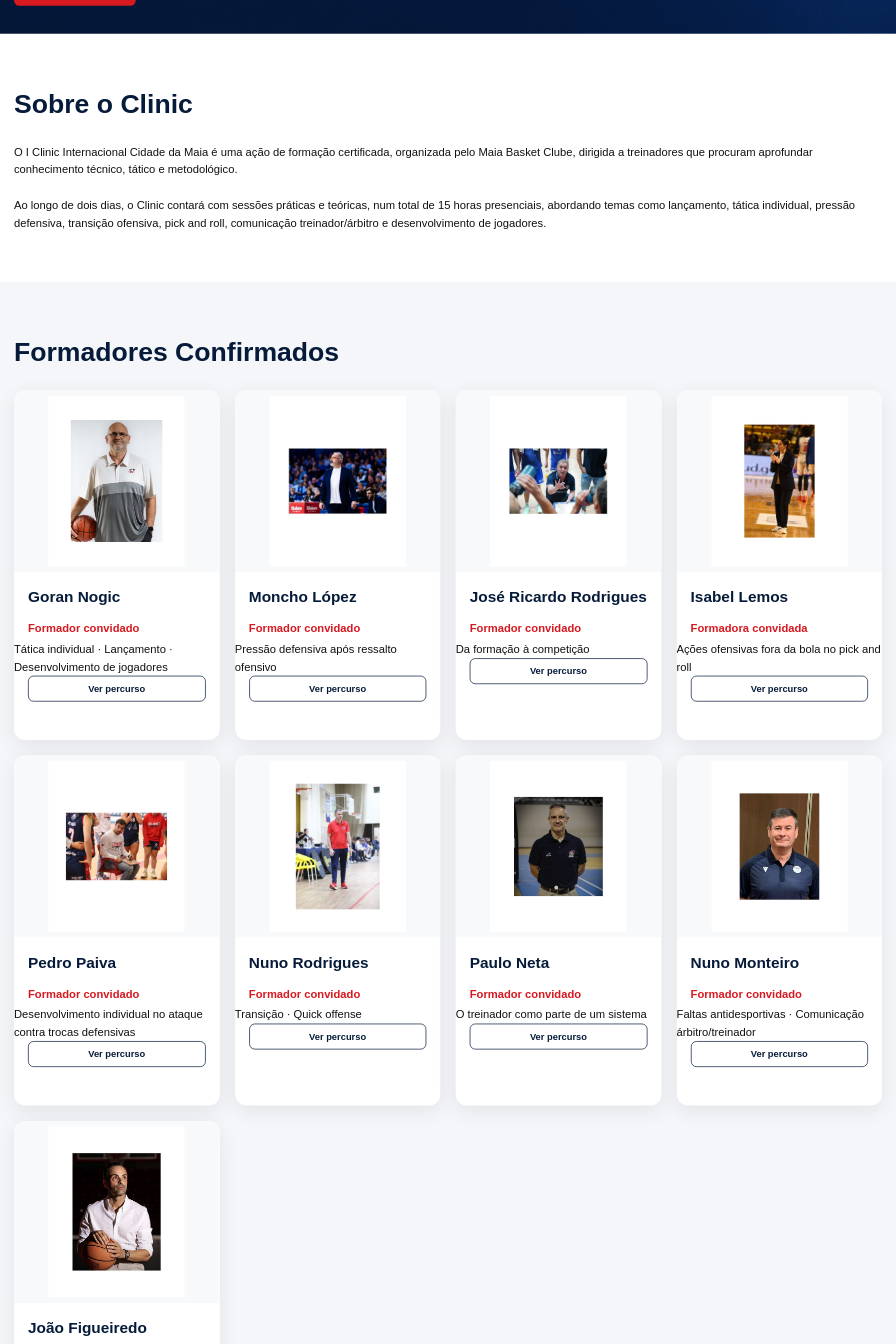
Repository: Vasco18Ferreira/clinic-internacional-maia
Page: index.html
An editor plug-in stored every save of this project. The page is shown before and after the next save, followed by the edit.
The browser window is 1280 px wide. The pictures show the part of the page from y = 866 to 2786 px (the page is 5991 px tall), at 70% of full size.

Above is the page before, as saved 2026-07-21 00:54:34.

### index.html
<!DOCTYPE html>
<html lang="pt">
<head>
  <meta charset="UTF-8" />
  <meta name="viewport" content="width=device-width, initial-scale=1.0" />
  <title>I Clinic Internacional Cidade da Maia</title>

<style>
  :root {
    --blue: #061b3a;
    --red: #d71920;
    --white: #ffffff;
    --light: #f4f6f9;
    --dark: #111111;
  }

  * {
    box-sizing: border-box;
    margin: 0;
    padding: 0;
  }

  body {
    font-family: Arial, sans-serif;
    color: var(--dark);
    background: var(--light);
    line-height: 1.6;
  }

header {
  min-height: 90vh;
  background:
    linear-gradient(rgba(6,27,58,.45), rgba(6,27,58,.72)),
    url("clinic-bg.jpg");

  background-size: cover;
  background-position: center center;
  background-repeat: no-repeat;

  color: var(--white);
  display: flex;
  align-items: center;
  padding: 40px 20px;
}

  .hero {
    max-width: 780px;
  }

  .tag {
    display: inline-block;
    background: var(--red);
    padding: 8px 14px;
    border-radius: 999px;
    font-size: 14px;
    font-weight: bold;
    margin-bottom: 20px;
  }

  h1 {
    font-size: clamp(42px, 8vw, 86px);
    line-height: 0.95;
    margin-bottom: 20px;
    text-transform: uppercase;
  }

  .subtitle {
    font-size: 22px;
    margin-bottom: 25px;
    max-width: 650px;
  }

  .info {
    display: grid;
    grid-template-columns: repeat(auto-fit, minmax(180px, 1fr));
    gap: 12px;
    margin: 30px 0;
  }

  .info div {
    background: rgba(255,255,255,0.12);
    padding: 14px;
    border-radius: 12px;
    backdrop-filter: blur(4px);
  }

  .btn {
    display: inline-block;
    background: var(--red);
    color: var(--white);
    padding: 15px 26px;
    text-decoration: none;
    font-weight: bold;
    border-radius: 8px;
    margin-top: 10px;
  }

  section {
    padding: 70px 20px;
  }

  section.white {
    background: var(--white);
  }

  h2 {
    font-size: 38px;
    color: var(--blue);
    margin-bottom: 25px;
  }

  .grid {
    display: grid;
    grid-template-columns: repeat(auto-fit, minmax(260px, 1fr));
    gap: 22px;
  }

  .card {
    background: var(--white);
    padding: 26px;
    border-radius: 16px;
    box-shadow: 0 8px 30px rgba(0,0,0,0.08);
  }

  .white .card {
    background: var(--light);
  }

  .card h3 {
    color: var(--blue);
    margin-bottom: 10px;
  }

  .price {
    font-size: 30px;
    color: var(--red);
    font-weight: bold;
    margin-top: 10px;
  }

  .programa {
    border-left: 5px solid var(--red);
    padding-left: 20px;
    margin-bottom: 24px;
  }

  .programa p {
    margin: 8px 0;
  }

  .mapa {
    background: var(--blue);
    color: var(--white);
    border-radius: 18px;
    padding: 30px;
  }

  .mapa h3 {
    color: var(--white);
    margin-bottom: 15px;
  }
/* ORGANIZAÇÃO E PARCEIROS */

.partners{
  background:#ffffff;
  padding:90px 20px;
  text-align:center;
}

.partners h2{
  color:var(--blue);
  margin-bottom:18px;
}

.partner-title{
  text-transform:uppercase;
  font-size:14px;
  letter-spacing:3px;
  color:#777;
  margin-bottom:25px;
}

.organizer-logo{
  margin-bottom:55px;
}

.organizer-logo img{
  max-width:190px;
  width:100%;
  height:auto;
}

.partner-divider{
  width:140px;
  height:2px;
  background:var(--red);
  margin:0 auto 45px;
}

.partners-grid{
  display:flex;
  justify-content:center;
  align-items:center;
  gap:45px;
  flex-wrap:wrap;
}

.partner-logo{
  width:170px;
  height:90px;
  display:flex;
  align-items:center;
  justify-content:center;
}

.partner-logo img{
  max-width:180px;
  max-height:90px;
  object-fit:contain;
  transition:.25s;
}

.partner-logo img:hover{
  transform:scale(1.06);
}
  footer {
    background: var(--blue);
    color: var(--white);
    text-align: center;
    padding: 35px 20px;
  }

  .small {
    font-size: 14px;
    opacity: 0.85;
  }
  .countdown-premium {
  margin: 28px 0 22px;
  padding: 18px;
  border-radius: 18px;
  background: rgba(255,255,255,0.10);
  border: 1px solid rgba(255,255,255,0.18);
  backdrop-filter: blur(6px);
}

.countdown-premium p {
  text-transform: uppercase;
  letter-spacing: 3px;
  font-size: 13px;
  font-weight: bold;
  margin-bottom: 12px;
  opacity: 0.85;
}

.countdown-boxes {
  display: grid;
  grid-template-columns: repeat(4, 1fr);
  gap: 10px;
}

.countdown-boxes div {
  background: rgba(255,255,255,0.12);
  border-radius: 14px;
  padding: 12px 8px;
  text-align: center;
}

.countdown-boxes strong {
  display: block;
  font-size: 32px;
  line-height: 1;
  color: var(--white);
}

.countdown-boxes span {
  font-size: 12px;
  opacity: 0.85;
}

@media (max-width: 600px) {
  .countdown-boxes {
    grid-template-columns: repeat(2, 1fr);
  }
}

  /* FORMADORES - MOSAICO */
.speaker-card {
  padding: 0;
  overflow: hidden;
  display: flex;
  flex-direction: column;
  height: 100%;
  min-height: 500px;
}

.speaker-card img {
  width: 100%;
  height: 260px;
  object-fit: contain;
  object-position: center;
  display: block;
  background: #f8f9fb;
  padding: 8px;
}

.speaker-card h3 {
  padding: 18px 20px 0;
  font-size: 22px;
}

.speaker-card > p {
  padding: 4px 20px;
  font-weight: bold;
  color: var(--red);
}

.speaker-bio {
  display: none;
  padding: 0 20px 22px;
  font-size: 15px;
  line-height: 1.75;
  color: #444;
}

.speaker-bio.open {
  display: block;
}

.speaker-bio p {
  margin: 16px 0 0;
  padding: 0;
  font-weight: normal;
  color: #444;
}

.bio-button {
  margin: 0 20px 22px;
  padding: 10px 14px;
  border: 1px solid var(--blue);
  border-radius: 8px;
  background: transparent;
  color: var(--blue);
  font-weight: bold;
  cursor: pointer;
  transition: 0.2s;
}

.bio-button:hover {
  background: var(--blue);
  color: var(--white);
}

.speaker-bio{
    display:none;
    padding:0 20px 22px;
    font-size:15px;
    line-height:1.75;
    color:#444;
}

.speaker-bio.open{
    display:block;
}

.speaker-bio p{
    margin:16px 0 0;
}

@media (max-width: 900px) {
  .speakers {
    grid-template-columns: 1fr 1fr;
  }
}

@media (max-width: 600px) {
  .speakers {
    grid-template-columns: 1fr;
  }

  h1 {
    font-size: 46px;
  }

  .subtitle {
    font-size: 18px;
  }
}
</style>
</head>

<body>

<header>
  <div class="container hero">
    <span class="tag">Créditos IPDJ 3.0 · Valor máximo</span>

    <h1>I Clinic Internacional<br>Cidade da Maia</h1>

    <p class="subtitle">
      Dois dias de formação avançada para treinadores, com sessões práticas e teóricas orientadas por formadores nacionais e internacionais.
    </p>

    <div class="info">
      <div><strong>📅 29 e 30 Agosto</strong><br>2026</div>
      <div><strong>📍 Local</strong><br>Pavilhão Municipal da Nortecoop</div>
      <div><strong>⏱️ Carga Horária</strong><br>15 horas presenciais</div>
      <div><strong>🎓 Créditos</strong><br>IPDJ 3.0</div>
    </div>

    <div class="countdown-premium">
  <p>Faltam</p>

  <div class="countdown-boxes">
    <div>
      <strong id="days">00</strong>
      <span>Dias</span>
    </div>

    <div>
      <strong id="hours">00</strong>
      <span>Horas</span>
    </div>

    <div>
      <strong id="minutes">00</strong>
      <span>Min</span>
    </div>

    <div>
      <strong id="seconds">00</strong>
      <span>Seg</span>
    </div>
  </div>
</div>

    <a class="btn" href="https://forms.gle/Ad7RbMQL5vM1H9MT7" target="_blank">
      Inscreve-te aqui
    </a>
  </div>
</header>

<section class="white">
  <div class="container">
    <h2>Sobre o Clinic</h2>

    <p>
      O I Clinic Internacional Cidade da Maia é uma ação de formação certificada, organizada pelo Maia Basket Clube, dirigida a treinadores que procuram aprofundar conhecimento técnico, tático e metodológico.
    </p>

    <br>

    <p>
      Ao longo de dois dias, o Clinic contará com sessões práticas e teóricas, num total de 15 horas presenciais, abordando temas como lançamento, tática individual, pressão defensiva, transição ofensiva, pick and roll, comunicação treinador/árbitro e desenvolvimento de jogadores.
    </p>
  </div>
</section>

<section>
  <div class="container">
    <h2>Formadores Confirmados</h2>

    <div class="grid speakers">

      <div class="card speaker-card">
        <img src="assets/goran.jpg" alt="Goran Nogic">
        <h3>Goran Nogic</h3>
        <p>Formador convidado</p>
        <span>Tática individual · Lançamento · Desenvolvimento de jogadores</span>

        <button class="bio-button" type="button" onclick="toggleBio(this)">
          Ver percurso
        </button>

        <div class="speaker-bio">
          <p>
            Treinador sérvio com mais de três décadas de experiência no desenvolvimento
            de jogadores e equipas. Iniciou a carreira na Sérvia e conquistou o
            campeonato nacional de juniores ao serviço do Partizan, onde trabalhou com
            atletas que chegaram ao mais alto nível internacional.
          </p>

          <p>
            Em Portugal, passou por clubes como Estoril Praia, Imortal, Barreirense e
            SL Benfica, assumindo também funções de coordenação da formação. Especialista
            no aperfeiçoamento técnico individual, traz ao Clinic uma abordagem prática
            sobre lançamento, tomada de decisão e construção de jogadores.
          </p>
        </div>
      </div>

      <div class="card speaker-card">
        <img src="assets/moncho.jpg" alt="Moncho López">
        <h3>Moncho López</h3>
        <p>Formador convidado</p>
        <span>Pressão defensiva após ressalto ofensivo</span>

        <button class="bio-button" type="button" onclick="toggleBio(this)">
          Ver percurso
        </button>

        <div class="speaker-bio">
          <p>
            Treinador espanhol com um percurso de referência no basquetebol europeu.
            Foi selecionador nacional de Espanha, conduzindo a seleção à medalha de
            prata no Campeonato da Europa de 2003, e posteriormente selecionador
            nacional sénior masculino de Portugal.
          </p>

          <p>
            Em Portugal, orientou o FC Porto, conquistando a Liga Portuguesa, Taças de
            Portugal, Taças Hugo dos Santos e a Supertaça. Com experiência na ACB,
            em seleções nacionais e no desenvolvimento de jovens jogadores, apresenta
            uma visão de alto rendimento sobre intensidade, reação e organização
            defensiva.
          </p>
        </div>
      </div>

      <div class="card speaker-card">
        <img src="assets/jose-ricardo.jpg" alt="José Ricardo Rodrigues">
        <h3>José Ricardo Rodrigues</h3>
        <p>Formador convidado</p>
        <span>Da formação à competição</span>

        <button class="bio-button" type="button" onclick="toggleBio(this)">
          Ver percurso
        </button>

        <div class="speaker-bio">
          <p>
            Um dos treinadores mais experientes do basquetebol português, com um
            percurso que atravessa a formação, a Liga principal, a Proliga e as
            Seleções Nacionais. Orientou clubes como BC Barcelos e SL Benfica e foi
            selecionador nacional masculino de Sub-20.
          </p>

          <p>
            Reconhecido pela clareza dos seus princípios de jogo, pela preparação
            defensiva e pela capacidade de transformar conceitos de formação em
            rendimento competitivo. Atualmente treinador principal do CD Póvoa,
            abordará no Clinic a passagem decisiva entre formar um jogador e prepará-lo
            para competir.
          </p>
        </div>
      </div>

      <div class="card speaker-card">
        <img src="assets/isabel.jpg" alt="Isabel Lemos">
        <h3>Isabel Lemos</h3>
        <p>Formadora convidada</p>
        <span>Ações ofensivas fora da bola no pick and roll</span>

        <button class="bio-button" type="button" onclick="toggleBio(this)">
          Ver percurso
        </button>

        <div class="speaker-bio">
          <p>
            Treinadora e coordenadora técnica com uma carreira profundamente ligada
            à formação e ao desenvolvimento de jovens jogadores. Foi responsável por
            estruturas de formação em Portugal, integrou equipas técnicas de alto nível
            e acumulou experiência como Diretora Técnica Regional.
          </p>

          <p>
            Atualmente é Coordenadora Técnica do Ourense Baloncesto, em Espanha.
            A sua experiência na organização de programas de formação e na ligação
            entre desenvolvimento individual e jogo coletivo confere particular
            relevância à sessão dedicada às ações ofensivas fora da bola no
            pick and roll.
          </p>
        </div>
      </div>

      <div class="card speaker-card">
        <img src="assets/pedro.jpg" alt="Pedro Paiva">
        <h3>Pedro Paiva</h3>
        <p>Formador convidado</p>
        <span>Desenvolvimento individual no ataque contra trocas defensivas</span>

        <button class="bio-button" type="button" onclick="toggleBio(this)">
          Ver percurso
        </button>

        <div class="speaker-bio">
          <p>
            Treinador do Maia Basket Clube, com experiência no acompanhamento
            e desenvolvimento de equipas e atletas dos escalões de formação.
            O seu trabalho está ligado à evolução técnica e coletiva dos
            jovens jogadores.
          </p>
        </div>
      </div>

      <div class="card speaker-card">
        <img src="assets/nuno-rodrigues.jpg" alt="Nuno Rodrigues">
        <h3>Nuno Rodrigues</h3>
        <p>Formador convidado</p>
        <span>Transição · Quick offense</span>

        <button class="bio-button" type="button" onclick="toggleBio(this)">
          Ver percurso
        </button>

        <div class="speaker-bio">
          <p>
            Treinador com mais de duas décadas de experiência no basquetebol português.
            Construiu grande parte do seu percurso no Sport Lisboa e Benfica, onde
            trabalhou durante cerca de 14 épocas, orientando diversos escalões de
            formação, equipas femininas e masculinas, bem como a equipa da Proliga.
          </p>

          <p>
            Passou ainda pelo Clube Atlético de Queluz, Angrabasket e Sport Club
            Lusitânia, acumulando experiência na formação e no alto rendimento.
            Atualmente é treinador principal do Maia Basket Clube na Proliga, sendo
            reconhecido pela organização ofensiva, velocidade de decisão e
            desenvolvimento de jogadores.
          </p>
        </div>
      </div>

      <div class="card speaker-card">
        <img src="assets/paulo-neta.jpg" alt="Paulo Neta">
        <h3>Paulo Neta</h3>
        <p>Formador convidado</p>
        <span>O treinador como parte de um sistema</span>

        <button class="bio-button" type="button" onclick="toggleBio(this)">
          Ver percurso
        </button>

        <div class="speaker-bio">
          <p>
            Diretor Técnico Nacional da Federação Portuguesa de Basquetebol,
            com experiência anterior como Diretor Técnico Regional da
            Associação de Basquetebol do Porto. Desenvolve também atividade
            na área do ensino e da formação de treinadores.
          </p>
        </div>
      </div>

      <div class="card speaker-card">
        <img src="assets/nuno-monteiro.jpg" alt="Nuno Monteiro">
        <h3>Nuno Monteiro</h3>
        <p>Formador convidado</p>
        <span>Faltas antidesportivas · Comunicação árbitro/treinador</span>

        <button class="bio-button" type="button" onclick="toggleBio(this)">
          Ver percurso
        </button>

        <div class="speaker-bio">
          <p>
            Árbitro, comissário e observador ligado à Associação de
            Basquetebol do Porto, com experiência na arbitragem e no
            acompanhamento técnico de juízes. Desenvolve também trabalho
            na formação e valorização da arbitragem.
          </p>
        </div>
      </div>

      <div class="card speaker-card">
        <img src="assets/joao-figueiredo.jpg" alt="João Figueiredo">
        <h3>João Figueiredo</h3>
        <p>Formador convidado</p>
        <span>Pick and roll · Soluções ofensivas e defesa agressiva</span>

        <button class="bio-button" type="button" onclick="toggleBio(this)">
          Ver percurso
        </button>

        <div class="speaker-bio">
          <p>
            Treinador de Grau III e antigo jogador profissional, com mais de duas
            décadas de experiência dentro do jogo. Depois de representar vários clubes
            como atleta, iniciou um percurso como treinador que o levou da formação
            e do Illiabum à liderança da UD Oliveirense na Liga Betclic.
          </p>

          <p>
            Na Oliveirense, foi eleito Treinador do Ano da Liga Betclic em 2023/24
            e conquistou a Taça Hugo dos Santos em 2024/25. É também treinador de
            Seleções Nacionais jovens e assume agora o comando do SC Braga. No Clinic,
            partilhará soluções ofensivas e defensivas de pick and roll aplicadas ao
            contexto competitivo de alto nível.
          </p>
        </div>
      </div>

    </div>
  </div>
</section>

<section>
  <div class="container">
    <h2>Inscrição</h2>

    <div class="grid">
      <div class="card">
        <h3>Inscrição Geral</h3>
        <p>Acesso aos dois dias do Clinic.</p>
        <div class="price">40€</div>
      </div>

      <div class="card">
        <h3>Certificação</h3>
        <p>Ação creditada com 3.0 créditos IPDJ.</p>
        <div class="price">3.0</div>
      </div>

      <div class="card">
        <h3>Vagas Previstas</h3>
        <p>Número estimado de candidatos.</p>
        <div class="price">200</div>
      </div>
    </div>

    <br>

    <a class="btn" href="https://forms.gle/EXb84ibEogxBvDj16" target="_blank">
      Inscreve-te aqui
    </a>
  </div>
</section>

<section class="white">
  <div class="container">
    <h2>Onde almoçar</h2>
    <p>
      Para apoiar os nossos parceiros locais e facilitar a logística dos participantes, teremos menus especiais em restaurantes próximos do pavilhão.
      A escolha do restaurante será feita no formulário de inscrição.
    </p>

    <br>

    <div class="grid">
      <div class="card">
        <h3>Restaurante 1</h3>
        <p><strong>Menu:</strong> a confirmar</p>
        <p><strong>Valor:</strong> a confirmar</p>
        <p><strong>Distância:</strong> perto do pavilhão</p>
        <p><strong>Lugares:</strong> limitados</p>
      </div>

      <div class="card">
        <h3>Restaurante 2</h3>
        <p><strong>Menu:</strong> a confirmar</p>
        <p><strong>Valor:</strong> a confirmar</p>
        <p><strong>Distância:</strong> perto do pavilhão</p>
        <p><strong>Lugares:</strong> limitados</p>
      </div>

      <div class="card">
        <h3>Restaurante 3</h3>
        <p><strong>Menu:</strong> a confirmar</p>
        <p><strong>Valor:</strong> a confirmar</p>
        <p><strong>Distância:</strong> perto do pavilhão</p>
        <p><strong>Lugares:</strong> limitados</p>
      </div>
    </div>
  </div>
</section>

<section>
  <div class="container">
    <h2>Localização</h2>

    <div class="mapa">
      <h3>📍 Pavilhão Municipal da Nortecoop</h3>
      <p>
        O evento decorrerá no Pavilhão Municipal da Nortecoop, com restaurantes parceiros localizados a curta distância a pé.
      </p>
      <br>
      <p>🅿️ Estacionamento nas proximidades</p>
      <p>🍽️ Restaurantes parceiros próximos</p>
      <p>🚶 Deslocações possíveis a pé</p>
    </div>
  </div>
</section>

<section class="white">
  <div class="container">
    <h2>Perguntas frequentes</h2>

    <div class="grid">
      <div class="card">
        <h3>O Clinic dá créditos IPDJ?</h3>
        <p>Sim. O Clinic tem aprovação para créditos IPDJ 3.0.</p>
      </div>

      <div class="card">
        <h3>O almoço está incluído?</h3>
        <p>Não. Os participantes poderão reservar menu nos restaurantes parceiros através do formulário.</p>
      </div>

      <div class="card">
        <h3>Como faço o pagamento?</h3>
        <p>As informações de pagamento serão enviadas após o preenchimento do formulário.</p>
      </div>
    </div>
  </div>
</section>

<section class="white">
  <div class="container">

    <div class="technical-coordination">
      <p class="coordination-label">Diretora de Curso</p>
      <h3>Daniela Gomes</h3>
      <p>Coordenadora Técnica MBC</p>
    </div>

  </div>
</section>

<section class="partners">

    <div class="container">

        <h2>Organização e Parceiros Institucionais</h2>

        <p class="partner-title">
            Organização
        </p>

        <div class="organizer-logo">
            <img src="assets/maia-basket.png" alt="Maia Basket Clube">
        </div>

        <div class="partner-divider"></div>

        <p class="partner-title">
            Com o apoio de
        </p>

        <div class="partners-grid">

            <div class="partner-logo">
                <img src="assets/antb.png" alt="ANTB">
            </div>

            <div class="partner-logo">
                <img src="assets/ipdj.png" alt="IPDJ">
            </div>

            <div class="partner-logo">
                <img src="assets/cmm.png" alt="Câmara Municipal da Maia">
            </div>

        </div>

    </div>

</section>

<footer>
  <h3>Maia Basket Clube</h3>
  <p>I Clinic Internacional Cidade da Maia — 29 e 30 de Agosto de 2026</p>
  <p class="small">Contactos: geral@maiabasketclube.pt | 913 926 046</p>
</footer>

<script>
  const eventDate = new Date("2026-08-29T09:00:00").getTime();

  function updateCountdown() {
    const now = new Date().getTime();
    const distance = eventDate - now;

    if (distance <= 0) return;

    document.getElementById("days").innerText =
      Math.floor(distance / (1000 * 60 * 60 * 24));

    document.getElementById("hours").innerText =
      Math.floor((distance / (1000 * 60 * 60)) % 24);

    document.getElementById("minutes").innerText =
      Math.floor((distance / (1000 * 60)) % 60);

    document.getElementById("seconds").innerText =
      Math.floor((distance / 1000) % 60);
  }

  updateCountdown();
  setInterval(updateCountdown, 1000);

  function toggleBio(button) {
    const bio = button.nextElementSibling;

    if (!bio || !bio.classList.contains("speaker-bio")) {
      console.error("Biografia não encontrada junto ao botão.");
      return;
    }

    const estaAberta = bio.classList.toggle("open");

    button.textContent = estaAberta
      ? "Ocultar percurso"
      : "Ver percurso";
  }
</script>
</body>
</html>

After the next save:
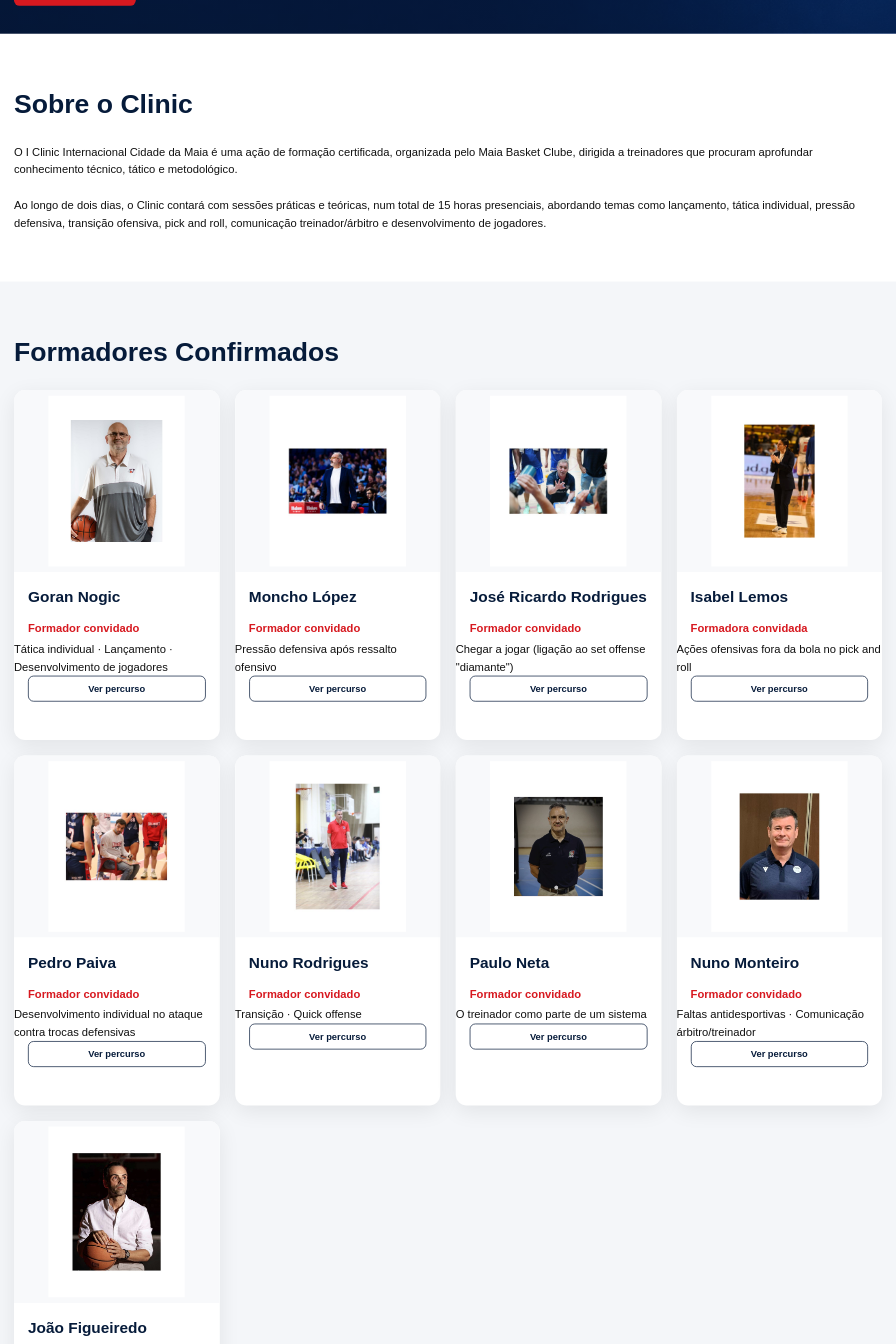
Saved 8 h 48 min later.
--- a/index.html
+++ b/index.html
@@ -520,7 +520,7 @@
         <img src="assets/jose-ricardo.jpg" alt="José Ricardo Rodrigues">
         <h3>José Ricardo Rodrigues</h3>
         <p>Formador convidado</p>
-        <span>Da formação à competição</span>
+        <span>Chegar a jogar (ligação ao set offense "diamante")</span>
 
         <button class="bio-button" type="button" onclick="toggleBio(this)">
           Ver percurso
